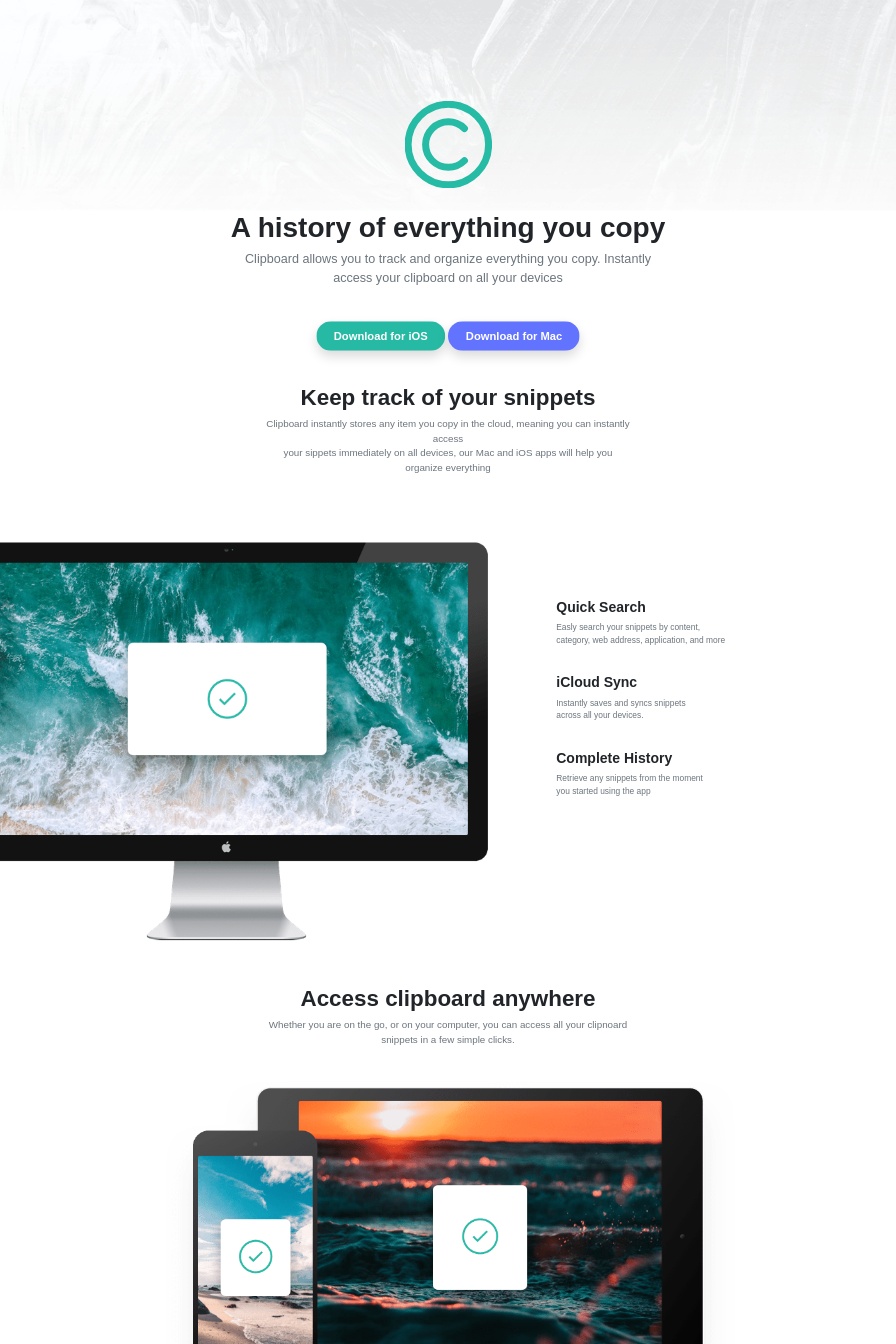
Repository: Kenkeluke/Clipboard-landing-page
Page: index.html
These files come from the project's save history. The page is drawn as it stood at one moment and after the next save; the edit follows.
The browser window is 1280 px wide. The pictures show the part of the page from y = 0 to 1920 px (the page is 3015 px tall), at 70% of full size.
Some web fonts or font styles are not loaded; a fallback is used.

Above is the page before, as saved 2022-09-03 23:24:36.

After the next save:
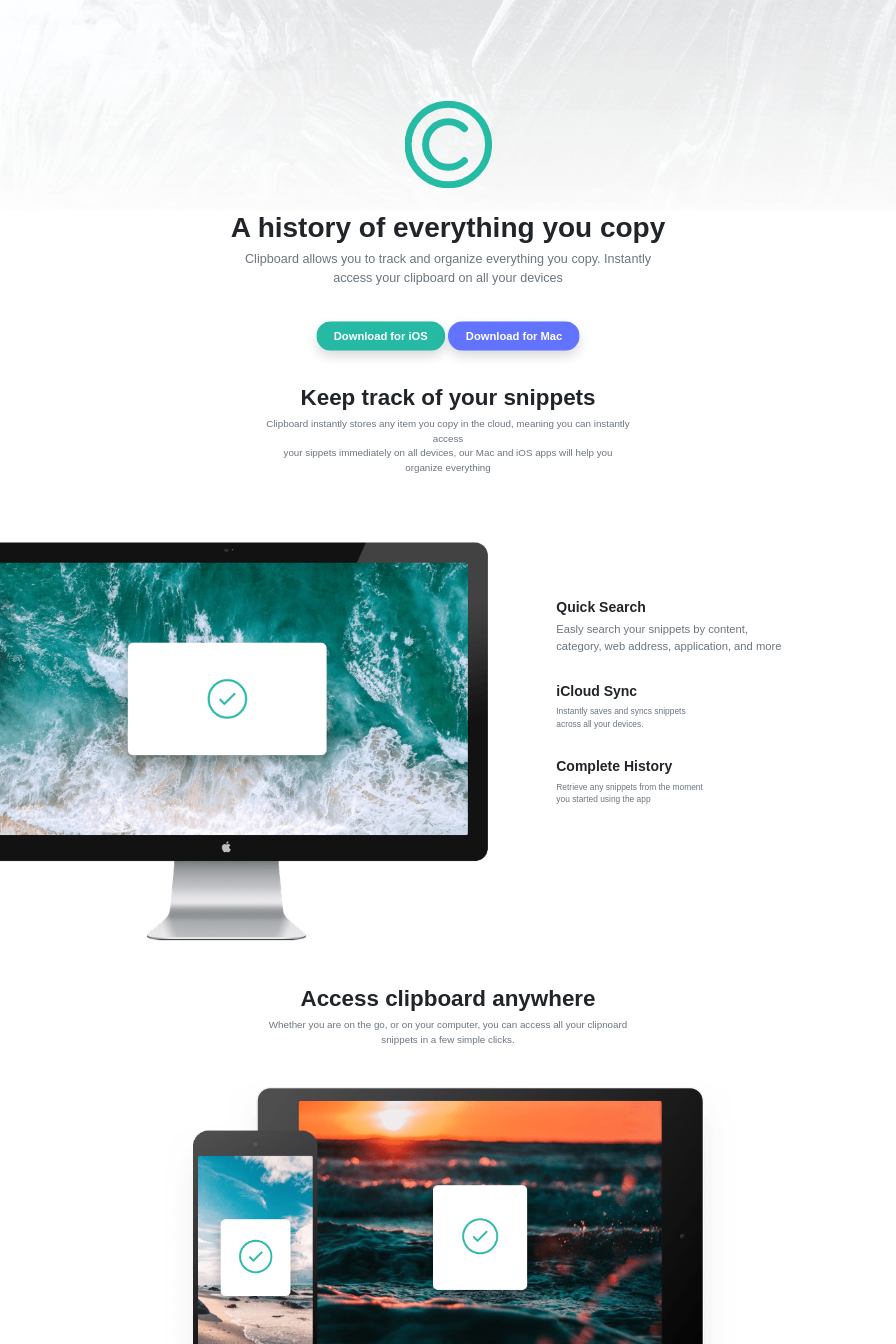
Saved 51 s later.
--- a/index.html
+++ b/index.html
@@ -52,7 +52,7 @@
     <div class="first-article justify-content-md-start text-md-start text-center pt-3">
       <h5 class="fw-bolder"> Quick Search</h5>
 
-      <p class="text-muted tiny-paragraph">
+      <p class="text-muted ">
        Easly search your snippets by content, <br>
 
       category, web address, application, and more </p>
